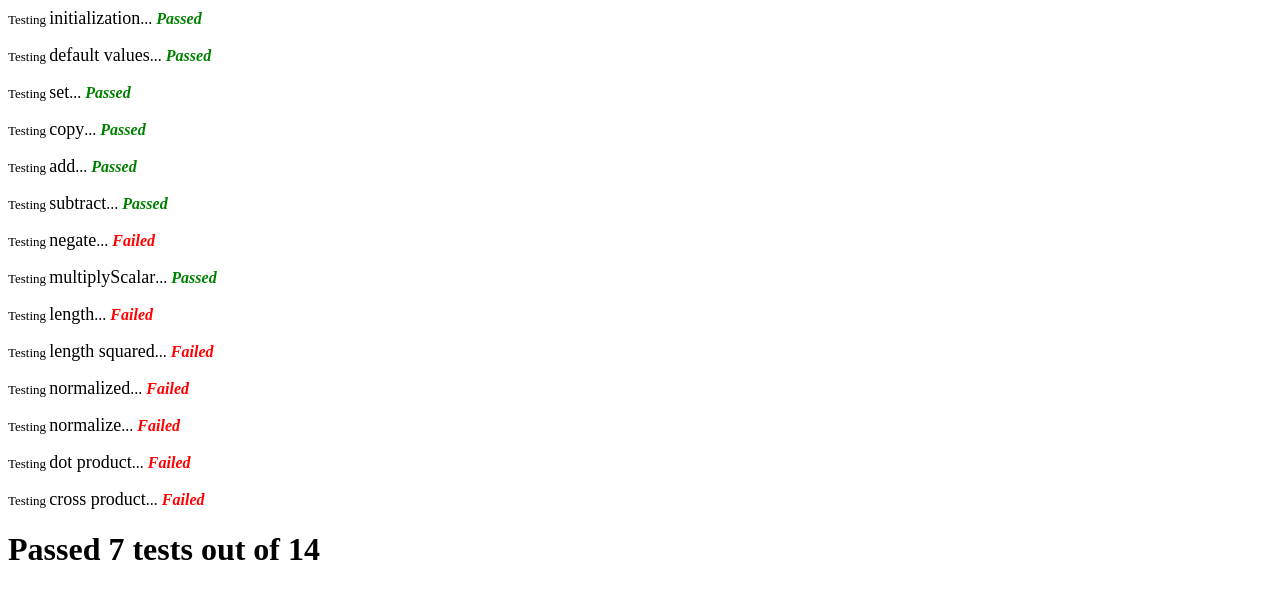
Repository: granolavsraosins/CST336
Page: CST325/hw1/test-vector3.html
The author's editor kept a record of every edit. The page is drawn from the files as they stood at one moment, then again after the next edit.
The browser window is 1280 px wide. The pictures show the whole page.

Above is the page before.

### CST325/hw1/test-vector3.html
<html>
<head>
<script src="/CST325/hw1/vector3.js"></script>
<script src="/CST325/hw1/test.js"></script>
<script>

var reporter = new TestReporter();

//-----------------------------------------------------------------------------
function testVector3() {
    testInitialization();
    testDefaultValues();
    testSet();
    testCopy();
    testAdd();
    testSubtract();
    testNegate();
    testMultiplyScalar();
    testLength();
    testLengthSquared();
    testNormalized();
    testNormalize();
    testDotProduct();
    testCrossProduct();

    reporter.reportFinalResults();
}

//-------------------------------------------------------------------------------
function testInitialization() {
    reporter.reportTestStart("initialization");

    try {
        var v1 = new Vector3(1, 2, 3);
        assert(vectorEqual(v1, 1, 2, 3), "initialization");
        reporter.reportTestEnd(true);
    } catch (err) {
        reporter.reportTestEnd(false);
    }
}

//-------------------------------------------------------------------------------
function testDefaultValues() {
    reporter.reportTestStart("default values");

    try {
        var v2 = new Vector3();
        assert(vectorEqual(v2, 0, 0, 0), "default values");
        reporter.reportTestEnd(true);
    } catch(err) {
        reporter.reportTestEnd(false);
    }
}

//-------------------------------------------------------------------------------
function testSet() {
    reporter.reportTestStart("set");

    try {
        var v3 = new Vector3().set(1, 2, 3);
        assert(vectorEqual(v3, 1, 2, 3), "set");

        reporter.reportTestEnd(true);
    } catch(err) {
        reporter.reportTestEnd(false);
    }
}

//-------------------------------------------------------------------------------
function testCopy() {
    reporter.reportTestStart("copy");

    try {
        var v4 = new Vector3();
        var v5 = new Vector3(3, 2, 1);
        self = v4.copy(v5);
        assert(vectorEqual(v4, 3, 2, 1), "copy");
        assert(v4 == self, "copy (return value)");

        reporter.reportTestEnd(true);
    } catch(err) {
        reporter.reportTestEnd(false);
    }
}

//-------------------------------------------------------------------------------
function testAdd() {
    reporter.reportTestStart("add");

    try {
        var v6 = new Vector3(1, 1, 1);
        var v7 = new Vector3(3, 2, 1);
        self = v6.add(v7);
        assert(vectorEqual(v6, 4, 3, 2), "add");
        assert(vectorEqual(v7, 3, 2, 1), "add");
        assert(v6 == self, "add (return value)");
        reporter.reportTestEnd(true);
    } catch(err) {
        reporter.reportTestEnd(false);
    }
}

//-------------------------------------------------------------------------------
function testSubtract() {
    reporter.reportTestStart("subtract");

    try {
        var v8 = new Vector3(1, 1, 1);
        var v9 = new Vector3(3, 2, 1);
        self = v8.subtract(v9);
        assert(vectorEqual(v8, -2, -1, 0), "subtract");
        assert(vectorEqual(v9, 3, 2, 1), "subtract");
        assert(self == v8, "subtract (return value)");

        reporter.reportTestEnd(true);
    } catch(err) {
        reporter.reportTestEnd(false);
    }
}

//-------------------------------------------------------------------------------
function testNegate() {
    reporter.reportTestStart("negate");

    try {
        var v10 = new Vector3(2, 4, 6).negate();
        assert(vectorEqual(v10, -2, -4, -6), "negate");
        reporter.reportTestEnd(true);
    } catch(err) {
        reporter.reportTestEnd(false);
    }
}

//-------------------------------------------------------------------------------
function testMultiplyScalar() {
    reporter.reportTestStart("multiplyScalar");

    try {
        var v11 = new Vector3(2, 4, 6).multiplyScalar(2);
        assert(vectorEqual(v11, 4, 8, 12), "multiplyScalar");
        reporter.reportTestEnd(true);
    } catch(err) {
        reporter.reportTestEnd(false);
    }
}

//-------------------------------------------------------------------------------
function testLength() {
    reporter.reportTestStart("length");

    try {
        var length = new Vector3(3, 0, 4).length();
        assert(floatEqual(length, 5), "length");
        length = new Vector3(0, 3, 4).length();
        assert(floatEqual(length, 5), "length");

        reporter.reportTestEnd(true);
    } catch(err) {
        reporter.reportTestEnd(false);
    }
}

//-------------------------------------------------------------------------------
function testLengthSquared() {
    reporter.reportTestStart("length squared");

    try {
        length = new Vector3(3, 0, 4).lengthSqr();
        assert(floatEqual(length, 25), "lengthSqr");
        length = new Vector3(0, 3, 4).lengthSqr();
        assert(floatEqual(length, 25), "lengthSqr");

        reporter.reportTestEnd(true);
    } catch(err) {
        reporter.reportTestEnd(false);
    }
}

//-------------------------------------------------------------------------------
function testNormalized() {
    reporter.reportTestStart("normalized");

    try {
        // Note - try deleting some of the ending digits of these long decimal numbers to
        // see if they still compare as equal

        var v12 = new Vector3(1.234, 98.76, 425.4);
        var v13 = v12.normalized();
        assert(vectorEqual(v13, 0.002825639739273576, 0.2261427720021543, 0.9740900689521712), "normalized (not normalize)");
        assert(v12 != v13, "normalized (return value)");

        reporter.reportTestEnd(true);
    } catch(err) {
        reporter.reportTestEnd(false);
    }
}

//-------------------------------------------------------------------------------
function testNormalize() {
    reporter.reportTestStart("normalize");

    try {
        var v14 = new Vector3(1.234, 98.76, 425.4).normalize();
        assert(vectorEqual(v14, 0.002825639739273576, 0.2261427720021543, 0.9740900689521712), "normalize (not normalized)");
        reporter.reportTestEnd(true);
    } catch(err) {
        reporter.reportTestEnd(false);
    }
}

//-------------------------------------------------------------------------------
function testDotProduct() {
    reporter.reportTestStart("dot product");

    try {
        var root2Over2 = Math.sqrt(2) / 2; // 0.707 rad or 45 degrees
        var v15 = new Vector3(root2Over2, root2Over2, 0); // precise enough to pass floatEqual
        var dot = v15.dot(v15);
        assert(floatEqual(dot, 1), "dot");

        var v16 = new Vector3(root2Over2, 0, root2Over2); // precise enough to pass floatEqual
        dot = v16.dot(v16);
        assert(floatEqual(dot, 1), "dot");

        reporter.reportTestEnd(true);
    } catch(err) {
        reporter.reportTestEnd(false);
    }
}

//-------------------------------------------------------------------------------
function testCrossProduct() {
    reporter.reportTestStart("cross product");

    try {
        var v17 = new Vector3(1, 0, 0);
        var v18 = new Vector3(0, 1, 0);
        var cross = v17.cross(v18);
        assert(vectorEqual(cross, 0, 0, 1));
        reporter.reportTestEnd(true);
    } catch(err) {
        reporter.reportTestEnd(false);
    }
}
</script>

</head>

<body onload="testVector3()">
</body>

</html>

### CST325/hw1/vector3.js
/*
 * CST 325
 *
 * John Coffelt, Raul Ramirez
 *
 * An object representing a 3d vector to make operations simple and concise.
 */

// todo - make sure to set a default value in case x, y, or z is not passed in
var Vector3 = function(x, y, z) {
	this.x = x != null ? x : 0;
	this.y = y != null ? y : 0;
	this.z = z != null ? z : 0;

	this.set = function(x, y, z) {
		//todo set this' values to those from x, y, and z
		this.x = x;
		this.y = y;
		this.z = z;
		return this;
	}

	this.clone = function() {
		return new Vector3(this.x, this.y, this.z);
	};

	this.copy = function(other) {
		// copy the values from other into this
		this.x = other.x;
		this.y = other.y;
		this.z = other.z;
		return this;
	}

	this.add = function(v) {
		// todo - add v to this vector (1pt)
		// This SHOULD change the values of this.x, this.y, and this.z
		this.x += v.x;
		this.y += v.y;
		this.z += v.z;
		return this;
	};

	this.subtract = function(v) {
		// todo - subtract v from this vector (1pt)
		// This SHOULD change the values of this.x, this.y, and this.z
		this.x -= v.x;
		this.y -= v.y;
		this.z -= v.z;
		return this;
	};

	this.negate = function() {
		// multiply this vector by -1 (1pt)
		// This SHOULD change the values of this.x, this.y, and this.z
		this.x *= f;
		this.y *= f;
		this.z *= f;
		return this;
	};

	this.multiplyScalar = function(scalar) {
		// multiply this vector by "scalar" (1pt)
		// This SHOULD change the values of this.x, this.y, and this.z
		this.x *= scalar;
		this.y *= scalar;
		this.z *= scalar;
		return this;
	};

	this.length = function() {
		// todo - return the magnitude (a.k.a length) of this vector (1pt)
		// This should NOT change the values of this.x, this.y, and this.z
		return 0;
	};

	this.lengthSqr = function() {
		// todo - return the squared magnitude of this vector ||v||^2 (1pt)
		// This should NOT change the values of this.x, this.y, and this.z
		return 0;
	};

	this.normalized = function() {
		// todo - return a new vector that is a normalized version of this vector (1pt)
		// This should NOT change the values of this.x, this.y, and this.z
		return null; // Should return a new vector that is not this
	};

	this.normalize = function() {
		// todo - Change the components of this vector so that its magnitude will equal 1. (1pt)
		// This SHOULD change the values of this.x, this.y, and this.z
		return this;
	};

	this.dot = function(other) {
		// todo - return the dot product betweent this vector and "other" (5pt)
		// This should NOT change the values of this.x, this.y, and this.z
		return 0;
	};

	this.cross = function(other) {
		// todo - return the cross product (as a new vector) betweent this vector and "other" (3pt)
		// This should NOT change the values of this.x, this.y, and this.z
		var x = this.x;
		var y = this.y;
		var z = this.z;
		var vx = other.x;
		var vy = other.y;
		var vz = other.z;
		this.x = y * vz - z * vy;
		this.y = z * vx - x * vz;
		this.z = x * vy - y * vx;
		return null;
	}
};

### CST325/hw1/test.js
/*
 * A simple object to facilitate printing test results to the page
 */
function TestReporter() {
    var totalNumberOfTests = 0;
    var numberOfTestsPassed = 0;

    //---------------------------------------------------------------------------
    this.reportTestStart = function(message) {
        document.write("<p>" + "<span style='font-size:small'>Testing </span><span style='font-size:large'>" + message + "</span>... ");
    }

    //---------------------------------------------------------------------------
    this.reportTestEnd = function(result) {
        var resultHTML;

        if (result) {
            resultHTML = "<span style='color:green;font-weight:bold;font-style:italic'>Passed</span></p>";
            ++numberOfTestsPassed;
        } else {
            resultHTML = "<span style='color:red;font-weight:bold;font-style:italic'>Failed</span></p>";
        }

        ++totalNumberOfTests;

        document.write(resultHTML);
    }

    //---------------------------------------------------------------------------
    this.reportFinalResults = function() {
        document.write("<h1>Passed " + numberOfTestsPassed + " tests out of " + totalNumberOfTests + "</h1>");

        if (numberOfTestsPassed === totalNumberOfTests) {
            document.write("<img src='https://pa1.narvii.com/6260/660b0520475efbfdd51bd3c0168524837462ff1b_hq.gif'>");
        }
    }
}

// ######################  COMPARISON FUNCTIONS ##############################

//-----------------------------------------------------------------------------
function assert(shouldBeTrue, testName) {
    if (!shouldBeTrue) {
        throw 'test ' + testName + ' failed.';
    }
}

//-----------------------------------------------------------------------------
var FLOAT32_EPSILON = 1.1920928955078125e-7;
function floatEqual(f1, f2) {
    return (Math.abs(f1 - f2) < FLOAT32_EPSILON);
}

//-----------------------------------------------------------------------------
function vectorEqual(arg1, arg2, arg3, arg4, arg5) {
    if (arg2 instanceof Vector3) {
        return floatEqual(arg1.x, arg2.x, arg3) && floatEqual(arg1.y, arg2.y, arg3) && floatEqual(arg1.z, arg2.z, arg3);
    } else {
        return floatEqual(arg1.x, arg2, arg5) && floatEqual(arg1.y, arg3, arg5) && floatEqual(arg1.z, arg4, arg5);
    }
}

//-----------------------------------------------------------------------------
function matrix3Equal(m1, m2, testName) {
    for (var i = 0; i < 9; ++i) {
        if (!floatEqual(m1.elements[i], m2.elements[i])) {
            return false;
        }
    }

    return true;
}

//-----------------------------------------------------------------------------
function matrix4Equal(m1, m2, testName) {
    for (var i = 0; i < 16; ++i) {
        if (!floatEqual(m1.elements[i], m2.elements[i])) {
            return false;
        }
    }

    return true;
}

//-----------------------------------------------------------------------------
function sphereEqual(sphere, x, y, z, radius) {
    return floatEqual(sphere.origin.x, x) &&
           floatEqual(sphere.origin.y, y) &&
           floatEqual(sphere.origin.z, z) &&
           floatEqual(sphere.radius, radius);
}

After the next edit:
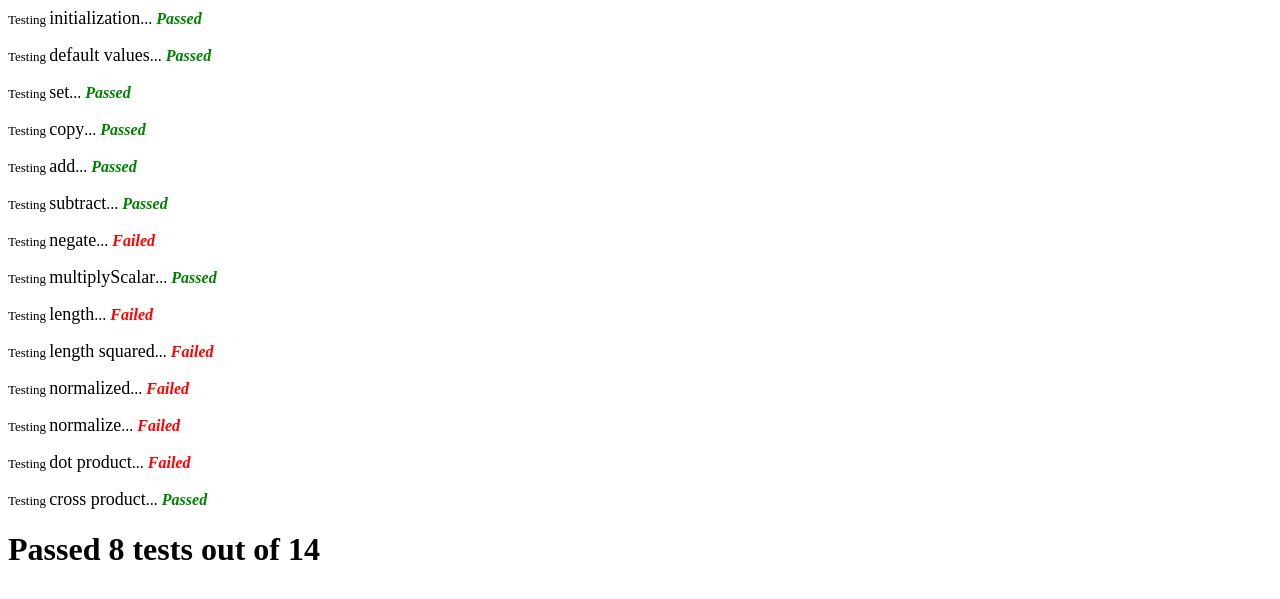
The edit:
--- a/CST325/hw1/vector3.js
+++ b/CST325/hw1/vector3.js
@@ -110,6 +110,6 @@
 		this.x = y * vz - z * vy;
 		this.y = z * vx - x * vz;
 		this.z = x * vy - y * vx;
-		return null;
+		return this;
 	}
 };
